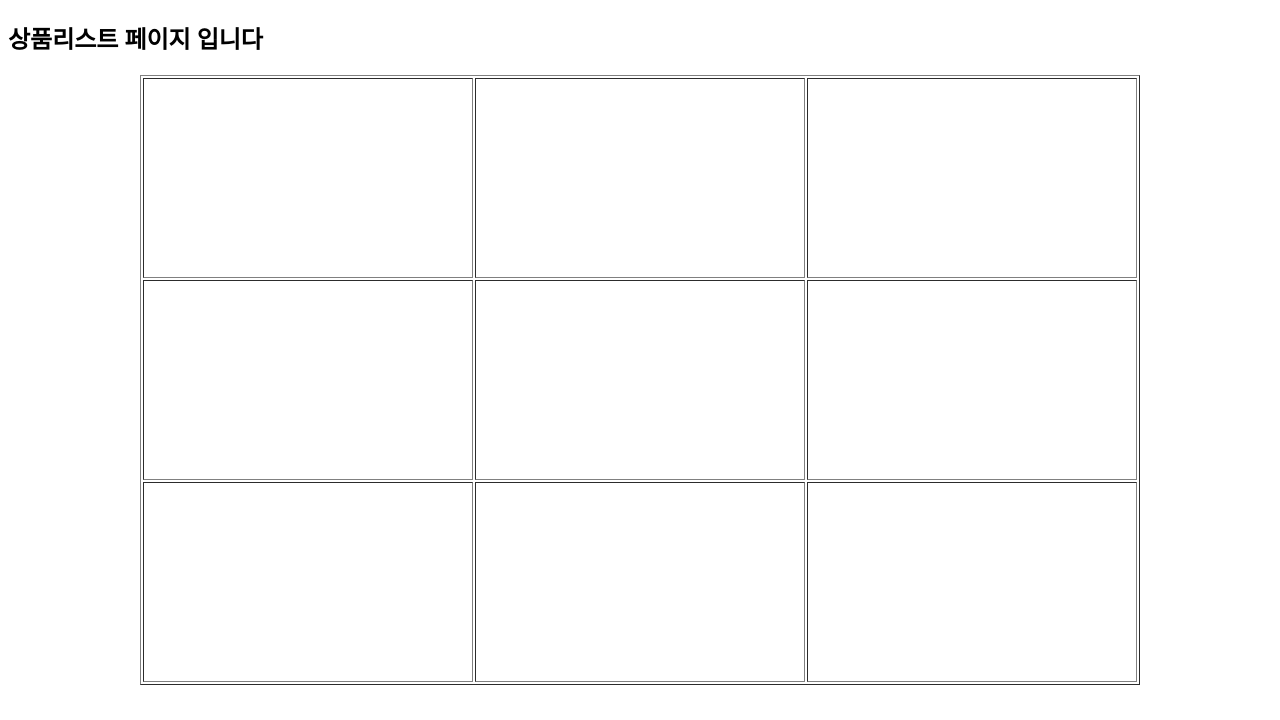
Repository: simjinbo/shoppingmall-lookbom
Page: http://localhost/lookBomProject/views/product/productListView.jsp
These files come from the project's save history. The page is drawn as it stood at one moment and after the next save; the edit follows.
The browser window is 1280 px wide. The pictures show the whole page.
The page is served by Tomcat 9. Nobody is signed in. The application's start-up code is not run.

Above is the page before, as saved 2019-03-12 03:48:38.

After the next save:
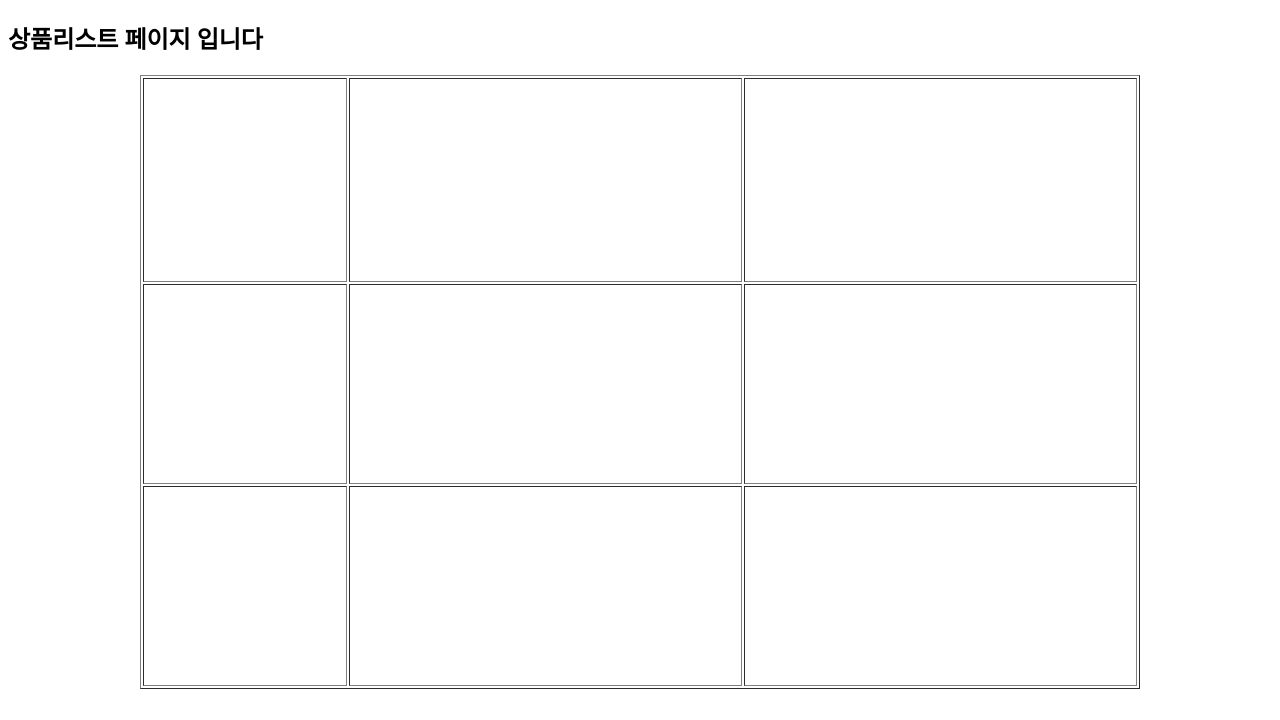
Saved 55 s later.
--- a/lookBomProject/web/views/product/productListView.jsp
+++ b/lookBomProject/web/views/product/productListView.jsp
@@ -9,7 +9,7 @@
 <body>
 <h2>상품리스트 페이지 입니다</h2>
 <table align ="center" width="1000" border="1px solid #bcbcbc">
-<tr height="200"><th></th><th></th><th></th></tr>
+<tr><th width="200" height="200"></th><th></th><th></th></tr>
 <tr height="200"><th></th><th></th><th></th></tr>
 <tr height="200"><th></th><th></th><th></th></tr>
 </table>
